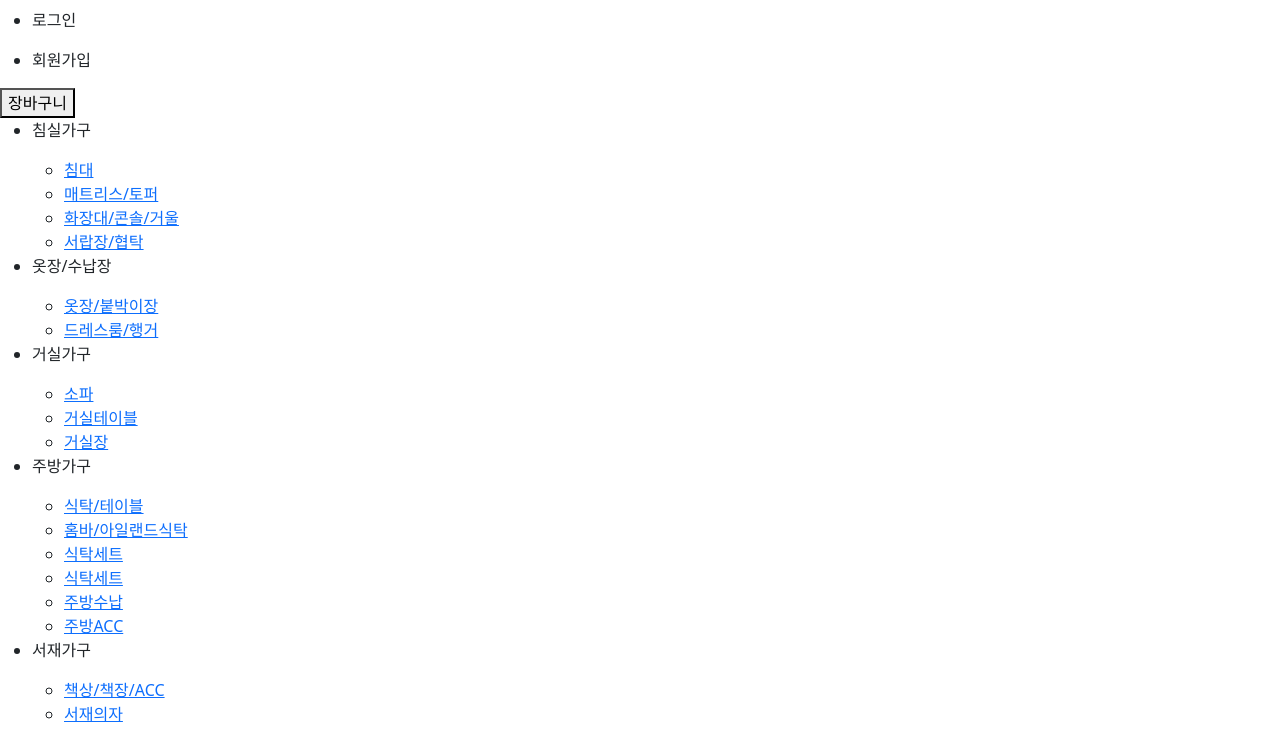
Repository: raoniee/Elice-House-Project
Page: FE/src/components/header/header.html
An editor plug-in stored every save of this project. The page is shown before and after the next save, followed by the edit.
The browser window is 1280 px wide. The pictures show the whole page.

Above is the page before, as saved 2023-07-04 15:53:54.

After the next save:
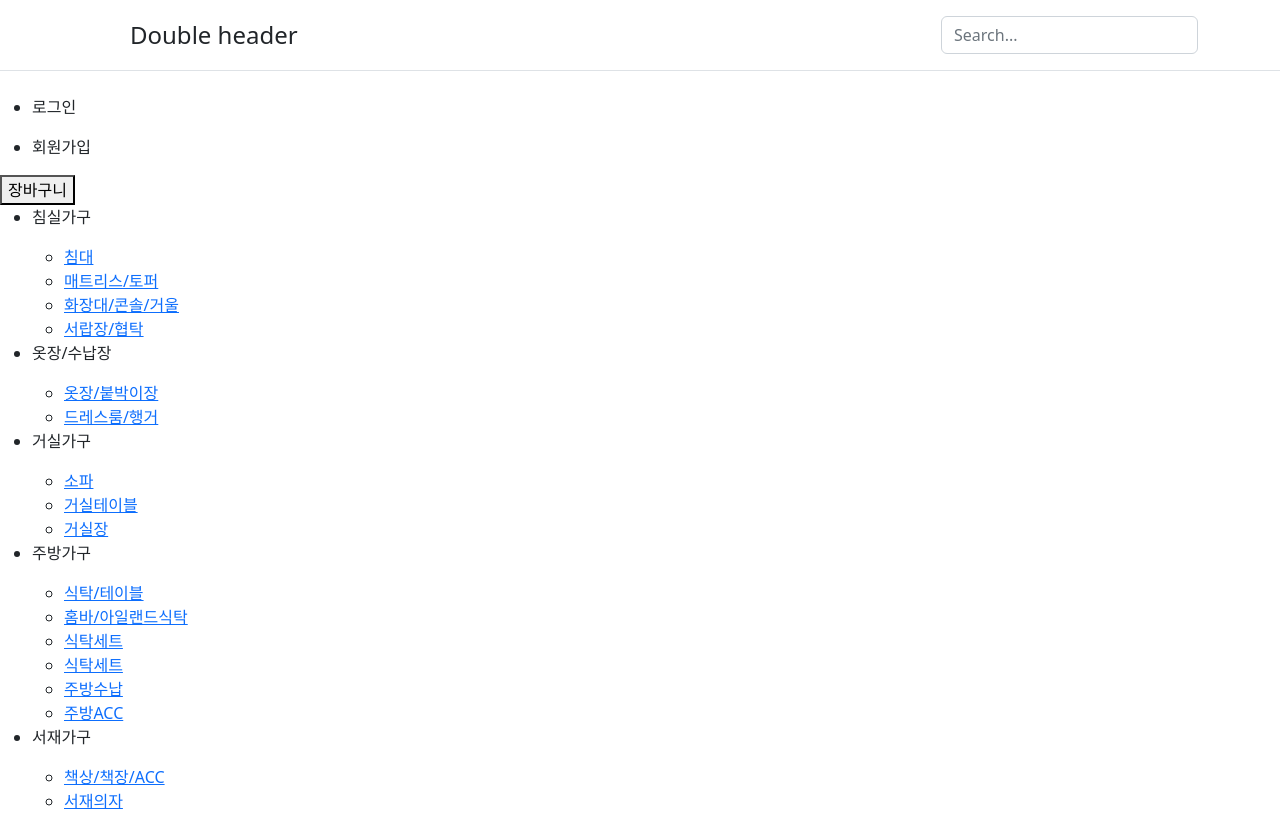
Saved 10 min 2 s later.
--- a/FE/src/components/header/header.html
+++ b/FE/src/components/header/header.html
@@ -14,6 +14,27 @@
   </head>
 
   <body>
+    <header class="py-3 mb-4 border-bottom">
+      <div class="container d-flex flex-wrap justify-content-center">
+        <a
+          href="/"
+          class="d-flex align-items-center mb-3 mb-lg-0 me-lg-auto text-dark text-decoration-none"
+        >
+          <svg class="bi me-2" width="40" height="32">
+            <use xlink:href="#bootstrap" />
+          </svg>
+          <span class="fs-4">Double header</span>
+        </a>
+        <form class="col-12 col-lg-auto mb-3 mb-lg-0" role="search">
+          <input
+            type="search"
+            class="form-control"
+            placeholder="Search..."
+            aria-label="Search"
+          />
+        </form>
+      </div>
+    </header>
     <header class="header">
       <div class="top">
         <div class="inner">
